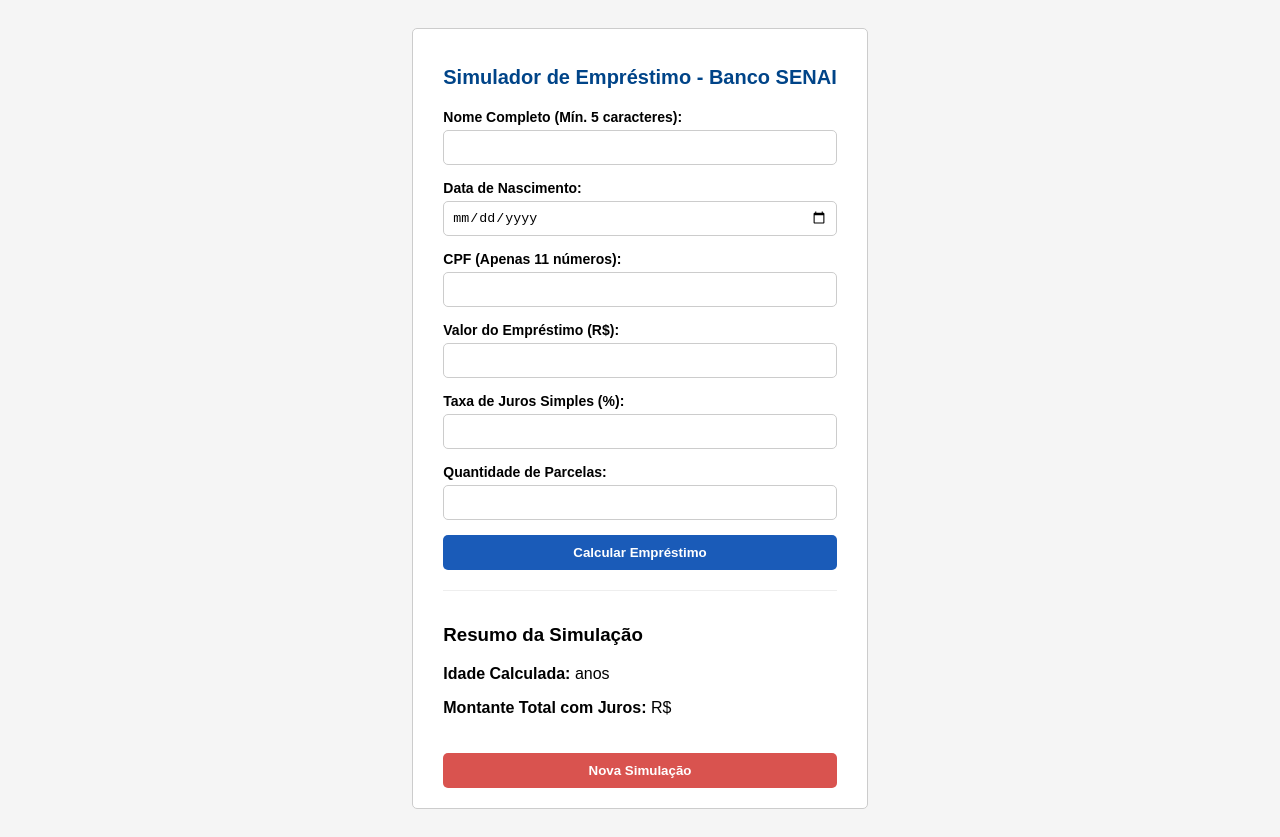
Repository: antonymsantana-design/SeptemberTest
Page: Index.html
An editor plug-in stored every save of this project. The page is shown before and after a run of saves, followed by the edit.
The browser window is 1280 px wide. The pictures show the whole page.

Above is the page before, as saved 2026-09-18 22:47:54.

After the next 5 saves:
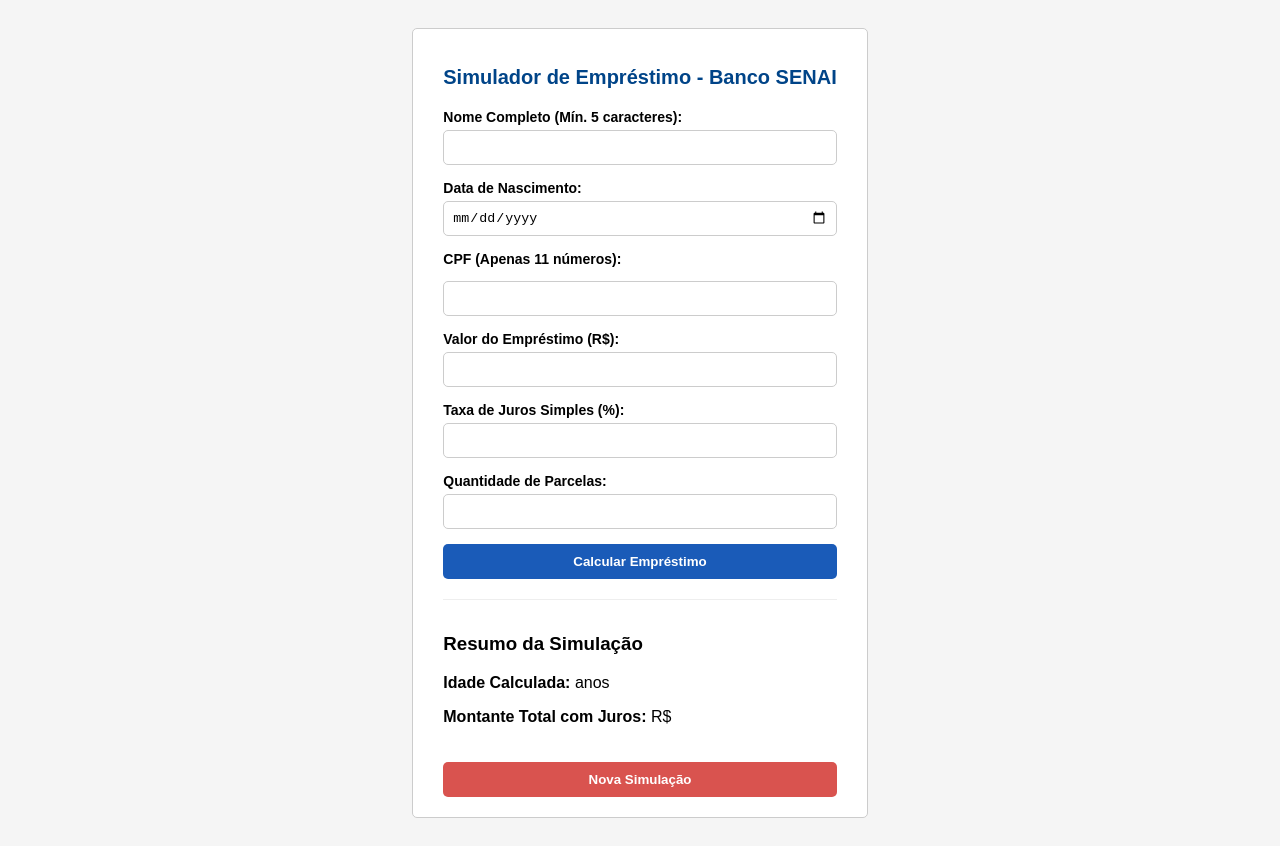
The 5 saves are shown as one change because they came seconds apart.
The last was saved 101 s later.
--- a/Index.html
+++ b/Index.html
@@ -27,7 +27,7 @@
             </div>
 
             <div class="form-group">
-                <label for="clientCPF">CPF (Apenas 11 números):</label>
+                <label for="clientCPF">CPF (Apenas 11 números):<p id="idade"></p></label>
                 <input type="text" id="clientCPF" required>
 
             </div>
